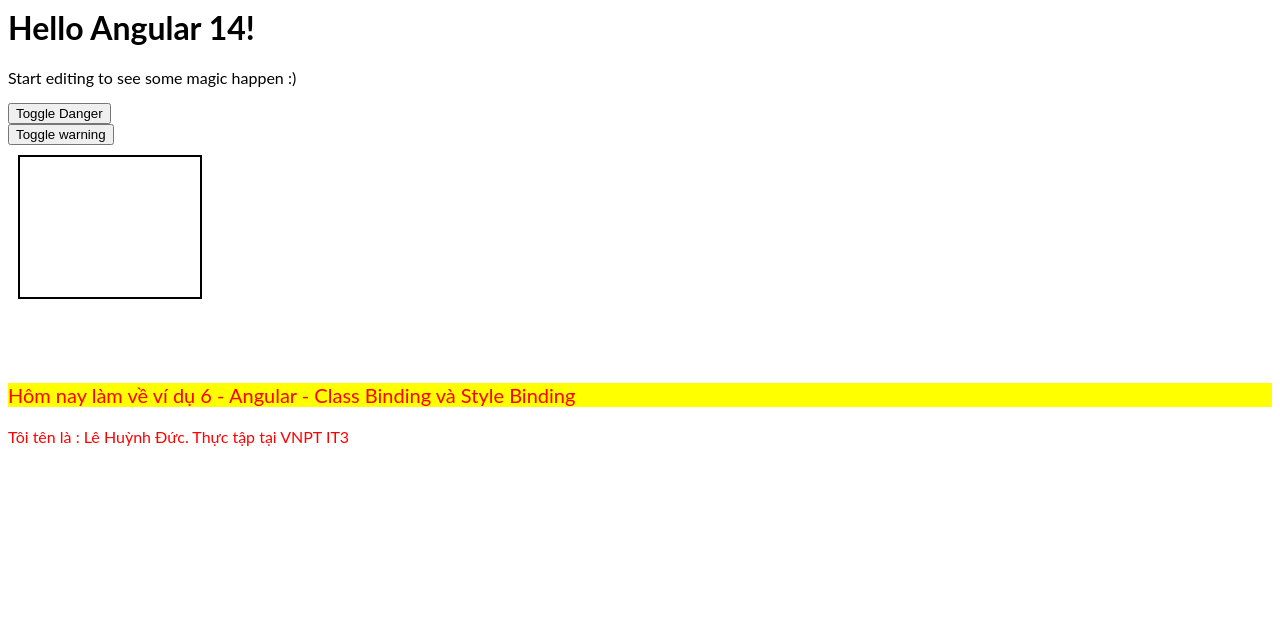
Repository: leduc24/baitap-angular100day
Page: / (app in angular_bai6/)
These files come from the project's save history. The page is drawn as it stood at one moment and after the next save; the edit follows.
The browser window is 1280 px wide. The pictures show the whole page.
The project was rebuilt for these pictures with package versions that can differ from the ones it lists, and the page was loaded fresh each time. Also part of the build but not shown: angular_bai6/angular.json.

Above is the page before, as saved 2022-07-03 17:32:32.

### angular_bai6/src/app/app.component.ts
import { Component, VERSION } from '@angular/core';

@Component({
  selector: 'my-app',
  templateUrl: './app.component.html',
  styleUrls: [ './app.component.css' ]
})
export class AppComponent  {
  name = 'Angular ' + VERSION.major;

  isDanger = false;
  isWarning = false;

}

### angular_bai6/src/app/app.component.html
<hello name="{{ name }}"></hello>
<p>
  Start editing to see some magic happen :)
</p>
<!-- Bài 6 : Tìm Hiểu : cả 2 dạng này là dataBinding : Thay đổi hiển thị
        Class Binding
        Style Binding


  <p class = "foo" style = "color: red ">
      Hello! Bài tập Angular_bai6
</p>
-->
<button (click) = "isDanger = !isDanger"> Toggle Danger</button>
<br>
<button (click) = "isWarning = !isWarning "> Toggle warning</button>
<!--

 Dùng array: <div class = "box" [class] = "['red-border','yellow-background']"></div>
 Dùng Object: <div class = "box" [class] = "{'red-border': isDanger, 'yellow-background': isWarning}"></div>
 Dùng classes: <div [class] = "classes" ></div>
 - [class.ten-class]
 - [class] = "array"
 - [class] = "object" {[ten-class: string : boolean]}
 - [class] = "variable"

-->
<div class = "box" [class.red-border] = "isDanger" [class.yellow-background] = "isWarning"></div>
<br> <br> <br>
<!--
  - [style.tenStyle]
  - [style.ten-style]
  - [style.tenStyle.unitl]

-->
<p [style.color] = "'red'" [style.backgroundColor] = "'yellow'" [style.fontSize.px] = "20">
 Hôm nay làm về ví dụ 6 - Angular - Class Binding và Style Binding
</p>
<p style="color:red " >
 Tôi tên là : Lê Huỳnh Đức. Thực tập tại VNPT IT3
</p>

### angular_bai6/src/app/app.component.css
p {
  font-family: Lato;
}

.box {
  width: 100px;
  height: 100px;
  padding: 20px 40px;
  margin: 10px;
  border: 2px solid black;
}

.red-border {
  border: 2px solid red;
}
.yellow-background {
  background: yellow;
}

Loaded but not shown: angular_bai6/src/index.html (common file); angular_bai6/src/styles.css (common file); angular_bai6/src/main.ts (common file); angular_bai6/src/polyfills.ts (common file); angular_bai6/src/app/app.module.ts (common file); angular_bai6/src/app/hello.component.ts (common file)

After the next save:
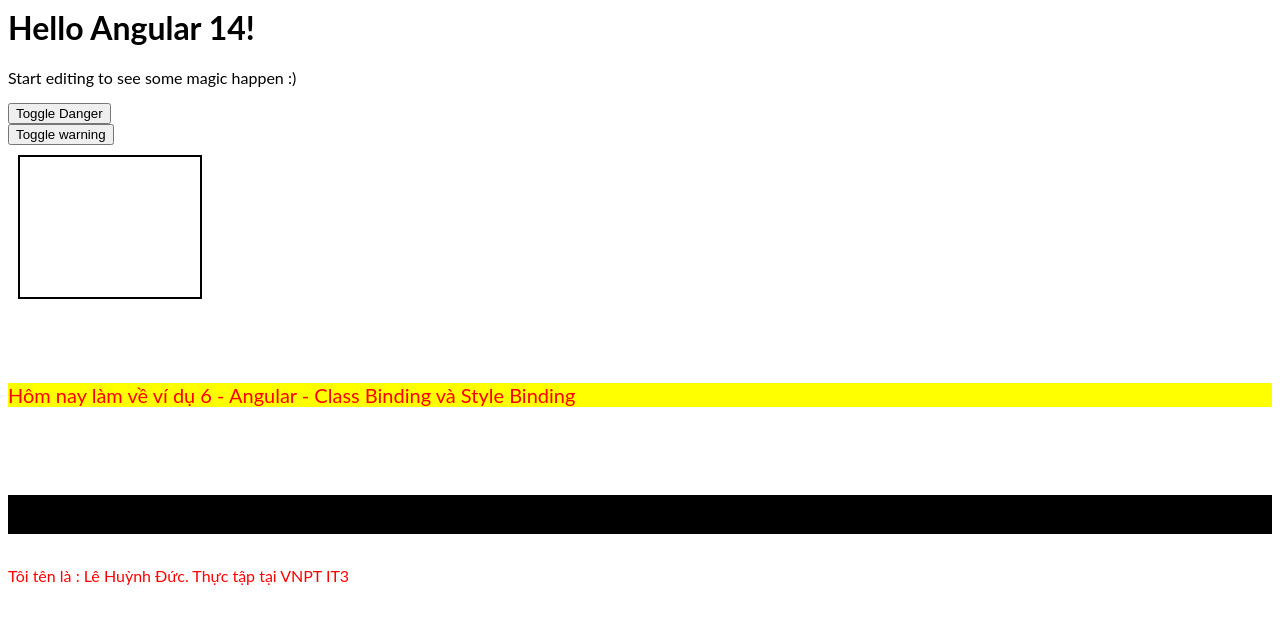
Saved 9 min 53 s later.
--- a/angular_bai6/src/app/app.component.html
+++ b/angular_bai6/src/app/app.component.html
@@ -36,6 +36,10 @@
 <p [style.color] = "'red'" [style.backgroundColor] = "'yellow'" [style.fontSize.px] = "20">
  Hôm nay làm về ví dụ 6 - Angular - Class Binding và Style Binding
 </p>
+<br> <br>
+<p [style] = "{color: 'While', backgroundColor: 'black', fontSize: '2rem' }" >
+  Xin chào Mọi người !
+</p>
 <p style="color:red " >
  Tôi tên là : Lê Huỳnh Đức. Thực tập tại VNPT IT3
 </p>
